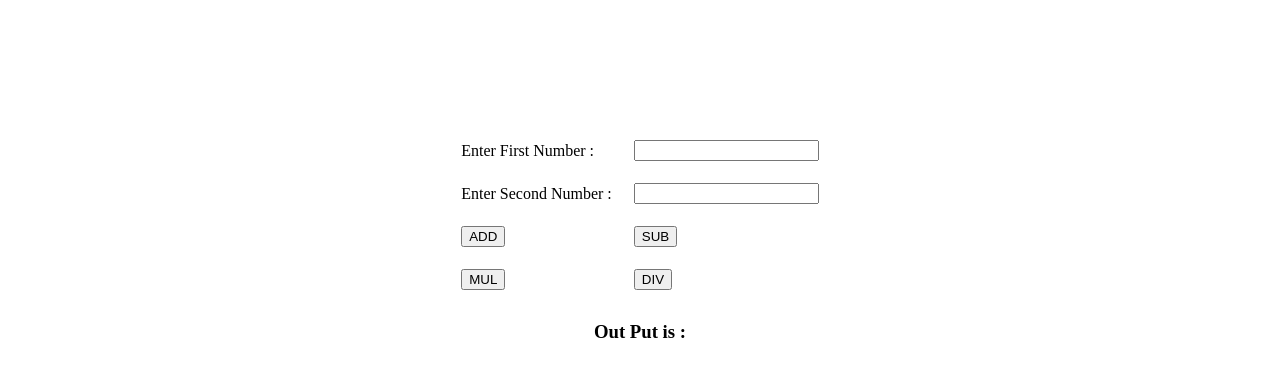
Repository: gajanansp07/Advance_Java_Practice
Page: Webapp/src/main/webapp/Calc.html
An editor plug-in stored every save of this project. The page is shown before and after the next save, followed by the edit.
The browser window is 1280 px wide. The pictures show the whole page.

Above is the page before, as saved 2022-03-13 07:43:52.

### Webapp/src/main/webapp/Calc.html
<!DOCTYPE html>
<html>
<head>
<meta charset="ISO-8859-1">
<title>Insert title here</title>

<style>
   body{
   		    margin-top: 10%;
   }
	td{
		padding: 10px;
}
table{
		text-align: -webkit-center;
}
</style>
<script type="text/javascript">
function add() {
	  const fvl = document.getElementById('fn').value;
	  alert(" Fuck : "+fvl);
	 const svl = document.getElementById('sn').value;
	  alert("Food");
	 let output = document.getElementById('output');
	 output.innerHTML = " <h3>Fuck off : Good </h3> ";
	}
</script>

</head>
<body>
<form>
	<table align="center">
		<tr>
			<td>Enter First Number : </td>
			<td><input type="number" name="fn" id="fn" /></td>
		</tr>
		<tr>
			<td>Enter Second Number : </td>
			<td><input type="number" name="sn" id="sn" /></td>
		</tr>
		<tr>
			<td> <button onClick="add()" value="ADD" onClick="add()" >ADD</button> </td>
			<td> <button>SUB</button> </td>
		</tr>
		<tr>
			<td> <button>MUL</button> </td>
			<td> <button>DIV</button> </td>
		</tr>
	</table>
	<div id="output" align="center"> <h3>Out Put is : </h3></div>
</form>

</body>
</html>

After the next save:
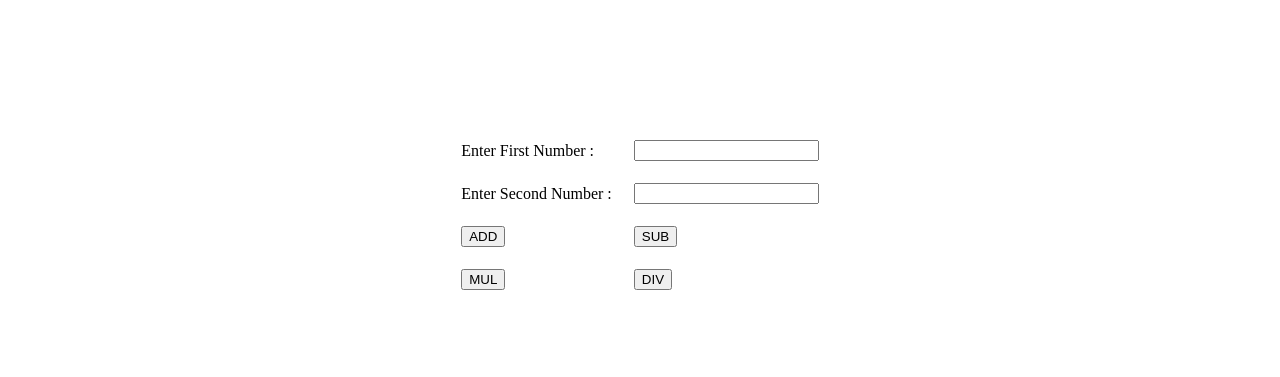
Saved 2 min 17 s later.
--- a/Webapp/src/main/webapp/Calc.html
+++ b/Webapp/src/main/webapp/Calc.html
@@ -47,7 +47,7 @@ function add() {
 			<td> <button>DIV</button> </td>
 		</tr>
 	</table>
-	<div id="output" align="center"> <h3>Out Put is : </h3></div>
+	<div id="output" align="center"> </div>
 </form>
 
 </body>
